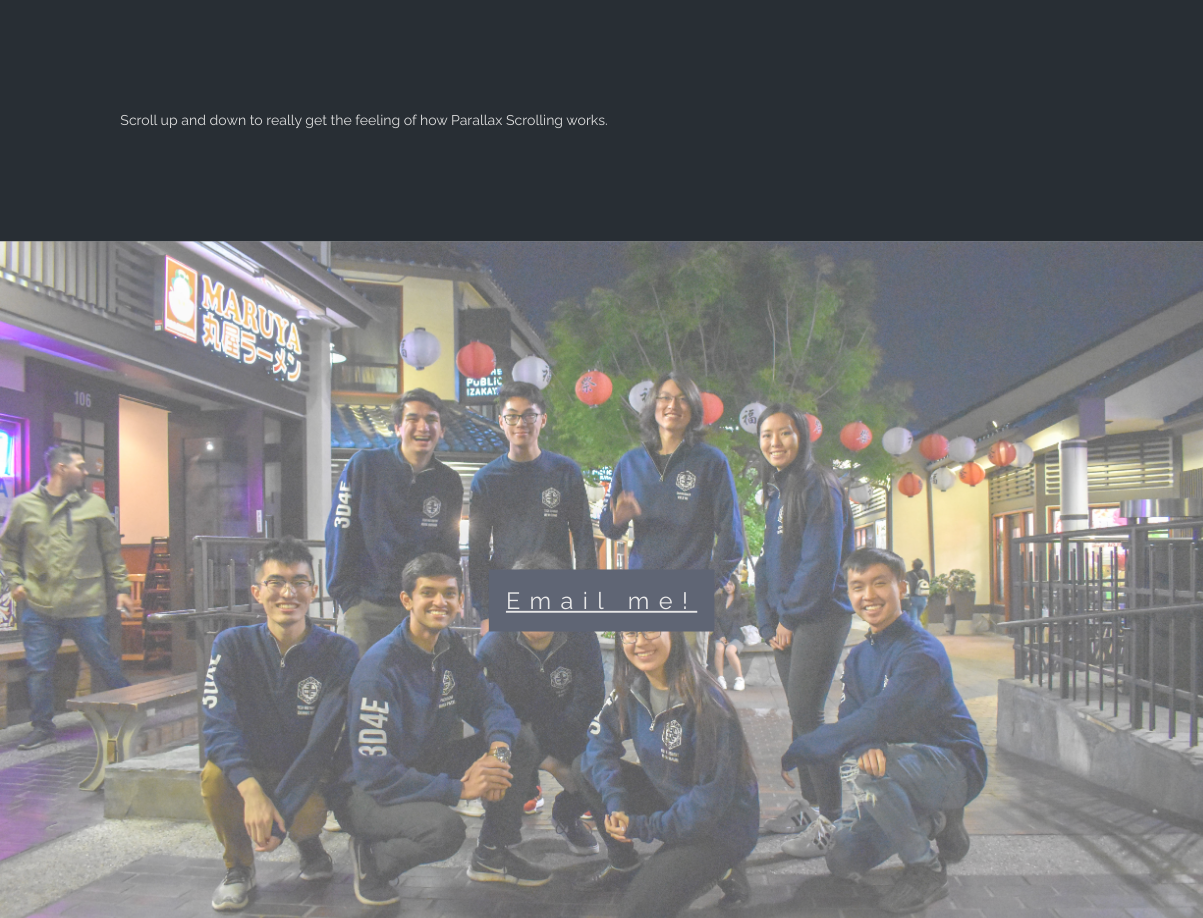
Repository: aliyuanh/me
Page: index.html
These files come from the project's save history. The page is drawn as it stood at one moment and after the next save; the edit follows.
The browser window is 1280 px wide. The pictures show the part of the page from y = 1986 to 3019 px (the page is 2963 px tall before and 3019 px after), at 94% of full size.

Above is the page before, as saved 2020-09-17 12:42:54.

### index.html
<!DOCTYPE html>
<html>

<head>
    <link href="https://fonts.googleapis.com/css2?family=Raleway:ital,wght@0,100;0,400;1,400;1,500&display=swap" rel="stylesheet">
    <meta name="viewport" content="width=device-width, initial-scale=1">
    <style>
         :root {
            --oxford-blue: #0b132bff;
            --space-cadet: #1c2541ff;
            --cadet-blue: #4da1a9ff;
            --wheat: #edd4b2ff;
            --mountbatten-pink: #9a7aa0ff;
        }

        body,
        html {
            height: 100%;
            margin: 0;
            font: 400 15px/1.8 "Raleway", sans-serif;
            color: #777;
        }

        .bgimg-1,
        .bgimg-2,
        .bgimg-3 {
            position: relative;
            opacity: 0.65;
            background-attachment: fixed;
            background-position: center;
            background-repeat: no-repeat;
            background-size: cover;
        }

        .bgimg-1 {
            background-image: url("img/tokyo.jpg");
            min-height: 100%;
        }

        .bgimg-2 {
            background-image: url("img/imagineering.jpg");
            min-height: 400px;
        }

        .bgimg-3 {
            background-image: url("img/cmmnd.png");
            min-height: 400px;
        }

        .caption {
            position: absolute;
            left: 0;
            top: 50%;
            width: 100%;
            text-align: center;
            color: #000;
        }

        .caption span.border {
            background-color: var(--oxford-blue);
            color: var(--wheat);
            padding: 18px;
            font-size: 25px;
            letter-spacing: 10px;
        }

        h3 {
            letter-spacing: 5px;
            text-transform: uppercase;
            font: 20px "Raleway", sans-serif;
            color: #111;
        }
        /* Turn off parallax scrolling for tablets and phones */

        .toResume {
            top: 10%;
            width: 100%;
            right: 10%;
            text-align: right;
            color: #000;
            position: absolute;
        }

        .resumeButton {
            background-color: var(--space-cadet);
            color: var(--wheat);
            padding: 18px;
            font-size: 16px;
            letter-spacing: 6px;
        }

        .headers {
            padding: 18px;
            font-size: 25px;
            letter-spacing: 10px;
            background-color: transparent;
            font-size: 35px;
            color: var(--wheat);
        }

        .blockForText {
            color: #ddd;
            background-color: #282E34;
            text-align: center;
            padding: 100px 10%;
            text-align: justify;
        }

        .titleForBlock {
            color: var(--wheat);
            background-color: transparent;
            text-align: center;
            top: 1em;
            font-size: x-large;
            text-shadow: 2px 2px 4px #000;
        }

        @media only screen and (max-device-width: 1024px) {
            .bgimg-1,
            .bgimg-2,
            .bgimg-3 {
                background-attachment: scroll;
            }
        }
        /* CSS HEX */
    </style>
</head>

<body>

    <div class="bgimg-1">
        <div class="toResume">
            <a class="resumeButton" href="https://drive.google.com/file/d/1WPi9M0jbwAtVQjWsxIvFWxaKqeurGUjf/view?usp=sharing">RESUME</a>
        </div>
        <div class="caption">
            <span class="border">AMANDA HAN</span>
        </div>
    </div>

    <div style="color: #777;background-color:white;text-align:center;padding:50px 80px;text-align: justify;">
        <h3 style="text-align:center;">Hi! I'm Amanda.</h3>
        <p>I'm a software developer interested in computer graphics and computer vision. Right now, I'm a junior Computer Science major at UCLA (go Bruins!). You can take a look at my professional work as an intern at Walt Disney Imagineering and Dolby Laboratories,
            as well as my computer graphics work down below.
        </p>
    </div>

    <div class="bgimg-2">
        <div class="caption">
            <span class="headers">PROFESSIONAL EXPERIENCE</span>
        </div>
    </div>

    <div style="position:relative;">
        <div style="color:#ddd;background-color:#282E34;text-align:center;padding:50px 80px;text-align: justify;">
            <p class="titleForBlock">Walt Disney Imagineering</p>
            <p>Scroll up and down to really get the feeling of how Parallax Scrolling works.</p>
        </div>
    </div>

    <div class="bgimg-3">
        <div class="caption">
            <span class="border" style="background-color:transparent;font-size:25px;color: #f7f7f7;">SCROLL UP</span>
        </div>
    </div>

    <div style="position:relative;">
        <div class="blockForText">
            <p>Scroll up and down to really get the feeling of how Parallax Scrolling works.</p>
        </div>
    </div>

    <div class="bgimg-1">
        <div class="caption">
            <span class="border"><a href="mailto: aliyuanh@ucla.edu" style="color:#ddd ">Email me!</a></span>
        </div>
    </div>

</body>

</html>

After the next save:
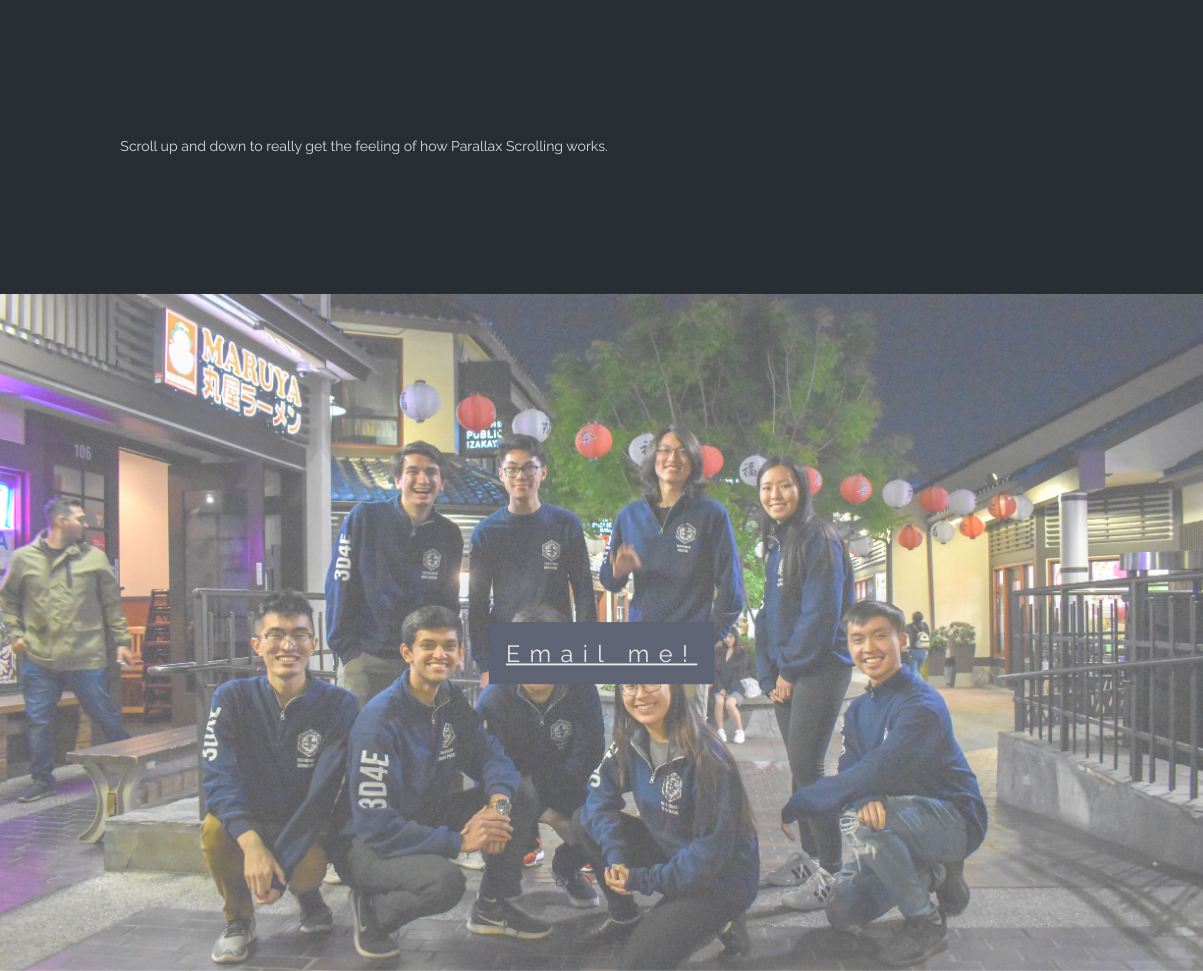
Saved 8 s later.
--- a/index.html
+++ b/index.html
@@ -102,7 +102,7 @@
             color: #ddd;
             background-color: #282E34;
             text-align: center;
-            padding: 100px 10%;
+            padding: 10% 10%;
             text-align: justify;
         }
 
